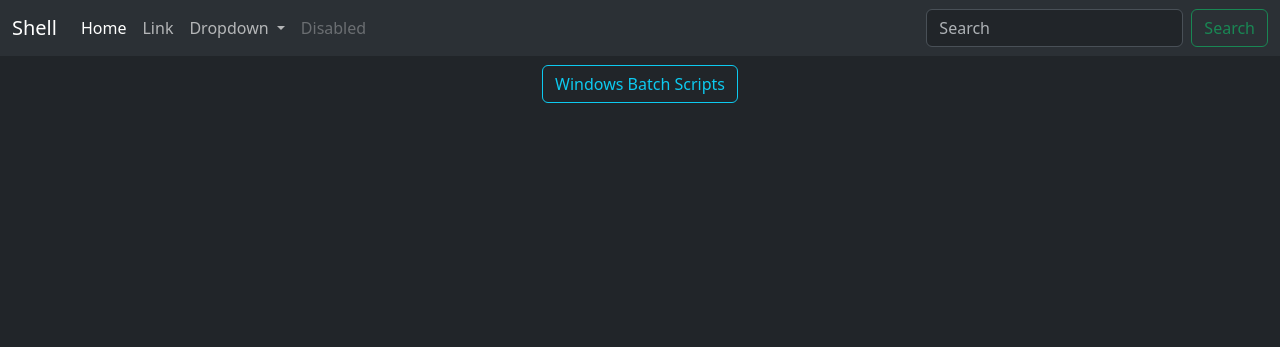
Repository: VictoriousMango/Archive
Page: index.html
An editor plug-in stored every save of this project. The page is shown before and after the next save, followed by the edit.
The browser window is 1280 px wide. The pictures show the whole page.

Above is the page before, as saved 2024-06-06 00:03:03.

### index.html
<!doctype html>
<html lang="en">
    <head>
        <meta charset="utf-8">
        <meta name="viewport" content="width=device-width, initial-scale=1">
        <title>Bootstrap demo</title>
        <link href="https://cdn.jsdelivr.net/npm/bootstrap@5.3.3/dist/css/bootstrap.min.css" rel="stylesheet" integrity="sha384-QWTKZyjpPEjISv5WaRU9OFeRpok6YctnYmDr5pNlyT2bRjXh0JMhjY6hW+ALEwIH" crossorigin="anonymous">    </head>
    <body data-bs-theme="dark">
        <!-- NavBar -->
        <nav class="navbar navbar-expand-lg bg-body-tertiary ">
            <div class="container-fluid">
                <a href="#" class="navbar-brand" role="button" onclick="Toggling()">Shell</a>
              <button class="navbar-toggler" type="button" data-bs-toggle="collapse" data-bs-target="#navbarSupportedContent" aria-controls="navbarSupportedContent" aria-expanded="false" aria-label="Toggle navigation">
                <span class="navbar-toggler-icon"></span>
              </button>
                <div class="collapse navbar-collapse" id="navbarSupportedContent">
                    <ul class="navbar-nav me-auto mb-2 mb-lg-0">
                    <li class="nav-item">
                        <a class="nav-link active" aria-current="page" href="#">Home</a>
                    </li>
                    <li class="nav-item">
                        <a class="nav-link" href="#">Link</a>
                    </li>
                    <li class="nav-item dropdown">
                        <a class="nav-link dropdown-toggle" href="#" role="button" data-bs-toggle="dropdown" aria-expanded="false">
                        Dropdown
                        </a>
                        <ul class="dropdown-menu">
                        <li><a class="dropdown-item" href="#">Action</a></li>
                        <li><a class="dropdown-item" href="#">Another action</a></li>
                        <li><hr class="dropdown-divider"></li>
                        <li><a class="dropdown-item" href="#">Something else here</a></li>
                        </ul>
                    </li>
                    <li class="nav-item">
                        <a class="nav-link disabled" aria-disabled="true">Disabled</a>
                    </li>
                    </ul>
                    <form class="d-flex" role="search">
                        <input class="form-control me-2" type="search" placeholder="Search" aria-label="Search">
                        <button class="btn btn-outline-success" type="submit">Search</button>
                    </form>
                </div>
            </div>
        </nav>
        <!-- NavBar -->

        <h1 style="text-align : center; "><button type="button" class="btn btn-outline-info">Windows Batch Scripts</button></h1>

        <!-- Including JS -->
        <script src="https://cdn.jsdelivr.net/npm/bootstrap@5.3.3/dist/js/bootstrap.bundle.min.js" integrity="sha384-YvpcrYf0tY3lHB60NNkmXc5s9fDVZLESaAA55NDzOxhy9GkcIdslK1eN7N6jIeHz" crossorigin="anonymous"></script>
        <!-- JS for the web page -->
        <script>
            function Toggling() {
                console.log("Clicked the toggle button")
                console.log()
                var element = document.body;
                element.dataset.bsTheme = element.dataset.bsTheme=="light"?"dark":"light"
            }
        </script>
    </body>
</html>

After the next save:
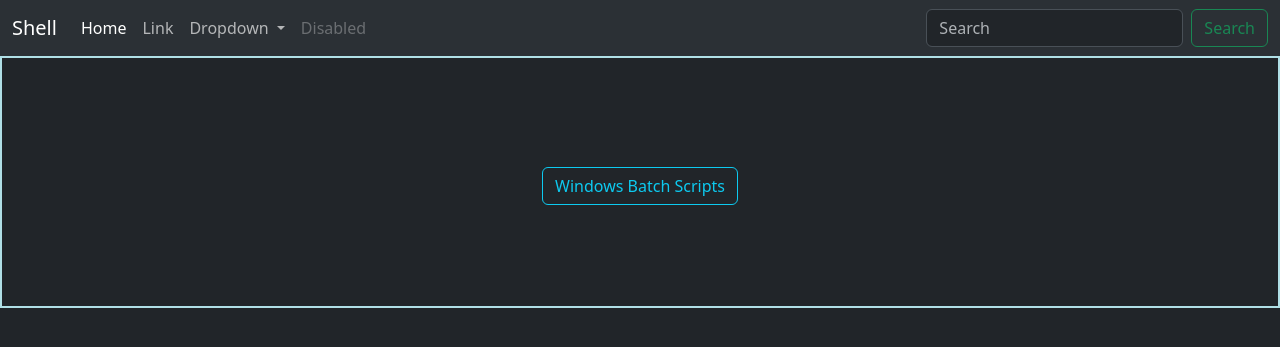
Saved 16 s later.
--- a/index.html
+++ b/index.html
@@ -45,7 +45,7 @@
         </nav>
         <!-- NavBar -->
 
-        <h1 style="text-align : center; "><button type="button" class="btn btn-outline-info">Windows Batch Scripts</button></h1>
+        <h1 style="text-align : center;   border: 2px solid powderblue; padding: 100px;"><button type="button" class="btn btn-outline-info">Windows Batch Scripts</button></h1>
 
         <!-- Including JS -->
         <script src="https://cdn.jsdelivr.net/npm/bootstrap@5.3.3/dist/js/bootstrap.bundle.min.js" integrity="sha384-YvpcrYf0tY3lHB60NNkmXc5s9fDVZLESaAA55NDzOxhy9GkcIdslK1eN7N6jIeHz" crossorigin="anonymous"></script>
